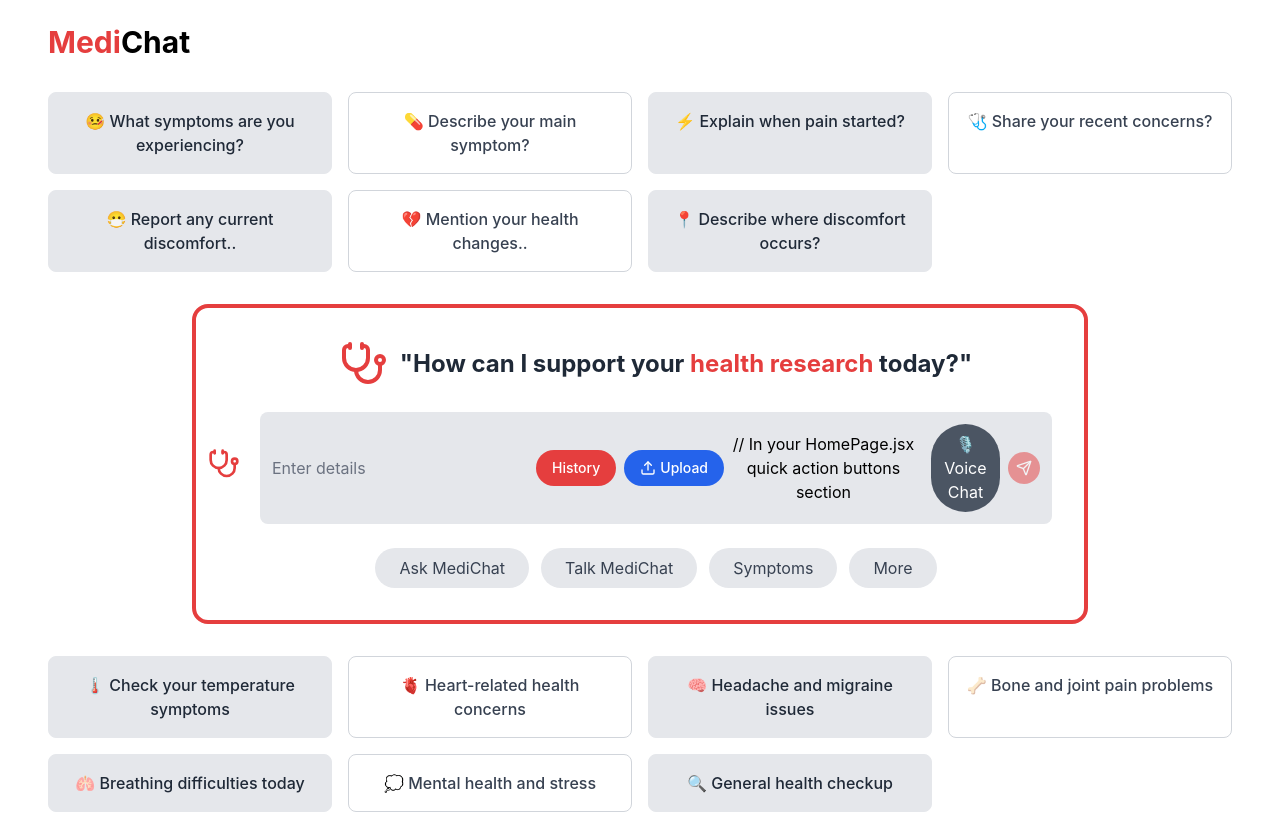
Repository: KarthikBalaji-007/telemedicine-frontend
Page: / (app in frontend_backup/medichat-frontend/)
The author's editor kept a copy of each file at every save. The page is drawn from the files as they stood at one save, then again after the next save.
The browser window is 1280 px wide. The pictures show the whole page.
The project was rebuilt for these pictures with package versions that can differ from the ones it lists, and the page was loaded fresh each time. Also part of the build but not shown: frontend_backup/medichat-frontend/src/components/ChatInterface.jsx, frontend_backup/medichat-frontend/src/components/DiagnosisResult.jsx, frontend_backup/medichat-frontend/src/components/History.jsx, frontend_backup/medichat-frontend/src/components/VoiceToggle.jsx.

Above is the page before, as saved 2025-08-13 22:44:32.

After the next save:
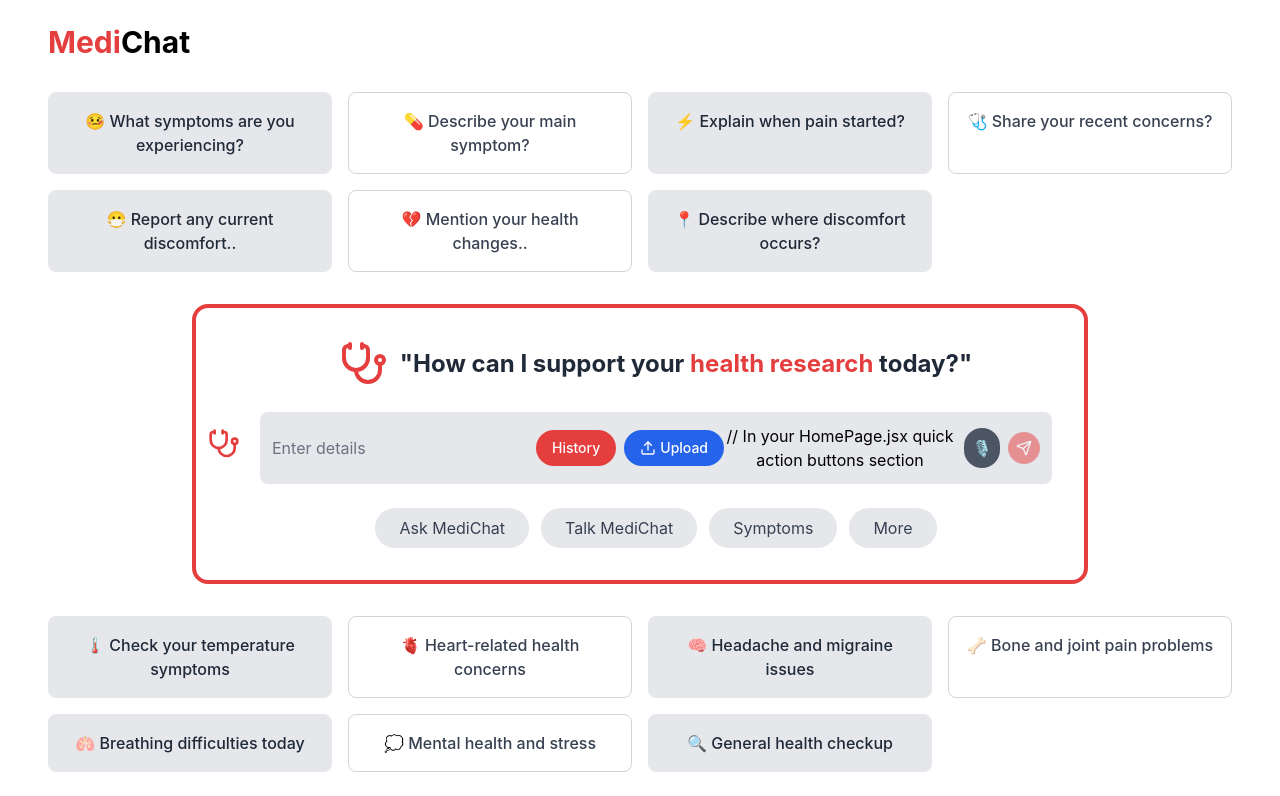
Saved 22 s later.
--- a/frontend_backup/medichat-frontend/src/components/HomePage.jsx
+++ b/frontend_backup/medichat-frontend/src/components/HomePage.jsx
@@ -134,7 +134,7 @@ const HomePage = () => {
   onClick={() => navigate('/voice')}
   className="bg-gray-600 text-white p-2 rounded-full"
 >
-  🎙️ Voice Chat
+  🎙️
 </button>
 
                       <button
